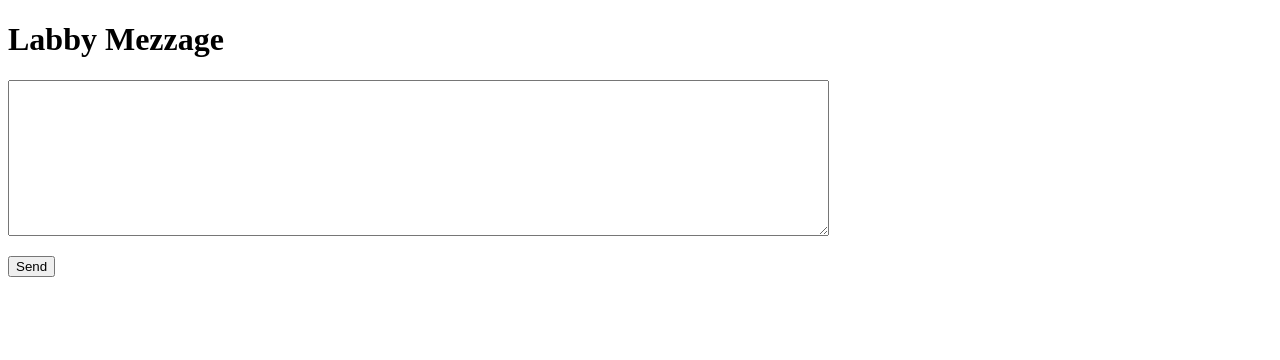
Repository: ml223nw/1dv403-laborationer
Page: 2-labbymezzage/index.html
The author's editor kept a record of every edit. The page is drawn from the files as they stood at one moment, then again after the next edit.
The browser window is 1280 px wide. The pictures show the whole page.

Above is the page before.

After the next edit:
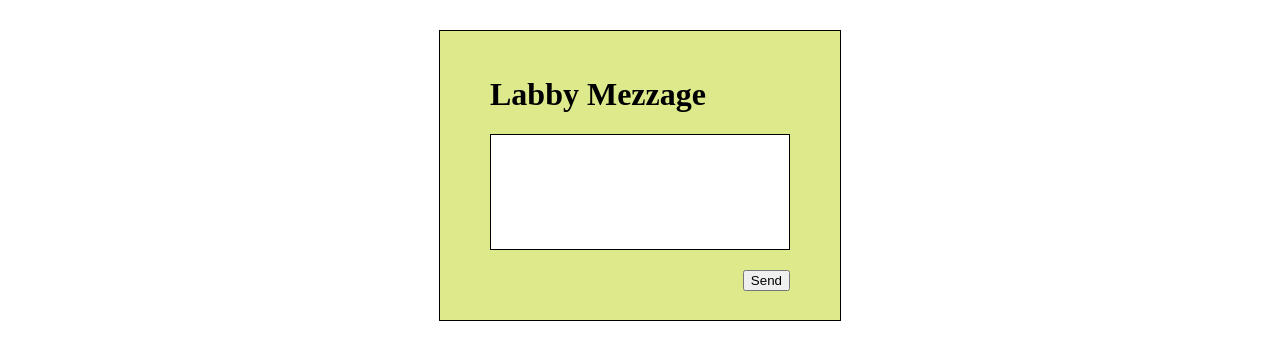
The edit:
--- a/2-labbymezzage/index.html
+++ b/2-labbymezzage/index.html
@@ -2,8 +2,9 @@
 <html>
     <head>
         <title>Labby Mezzage</title>
-        <script src="application.js"></script>
-        <script src="message.js"></script>
+        <link rel="stylesheet" type="text/css" href="css/stylesheet.css">
+        <script src="js/application.js"></script>
+        <script src="js/message.js"></script>
     </head>
     <body>
         <div id="container">
